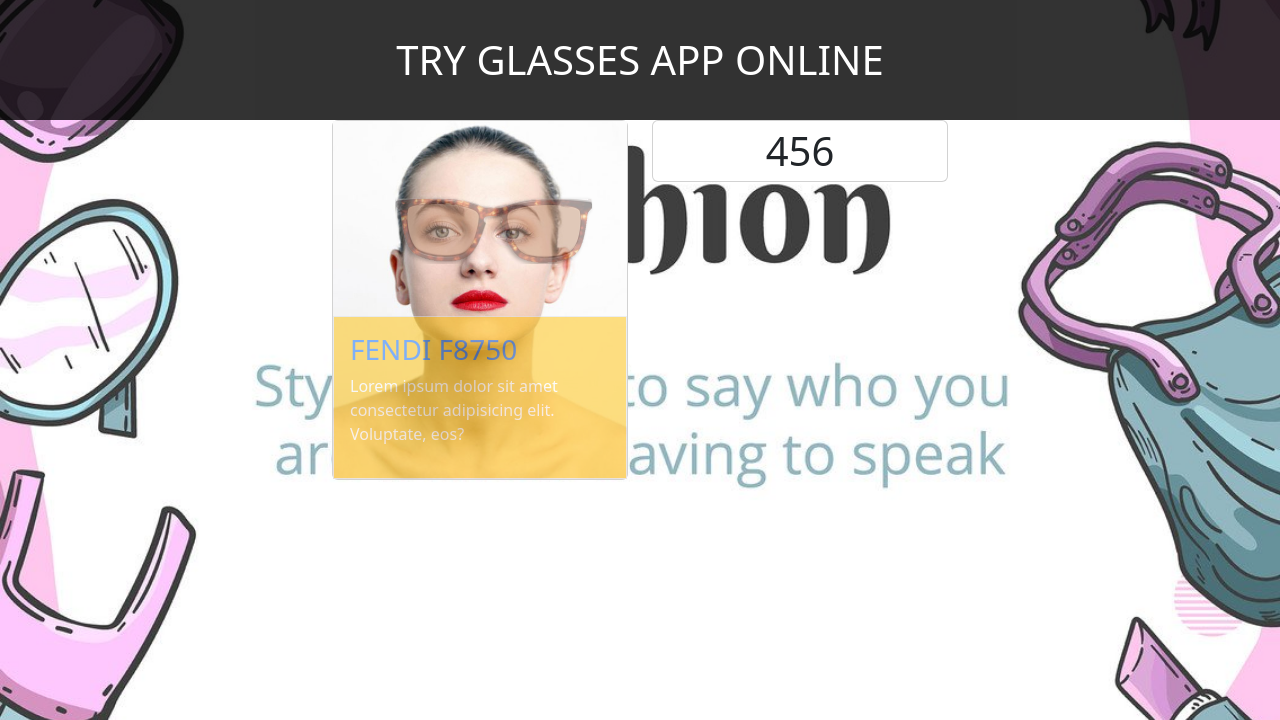
Repository: akira17518/React_JS_Glasses
Page: /
These files come from the project's save history. The page is drawn as it stood at one moment and after the next save; the edit follows.
The browser window is 1280 px wide. The pictures show the whole page.
The project was rebuilt for these pictures with package versions that can differ from the ones it lists, and the page was loaded fresh each time.

Above is the page before, as saved 2023-05-10 10:33:29.

After the next save:
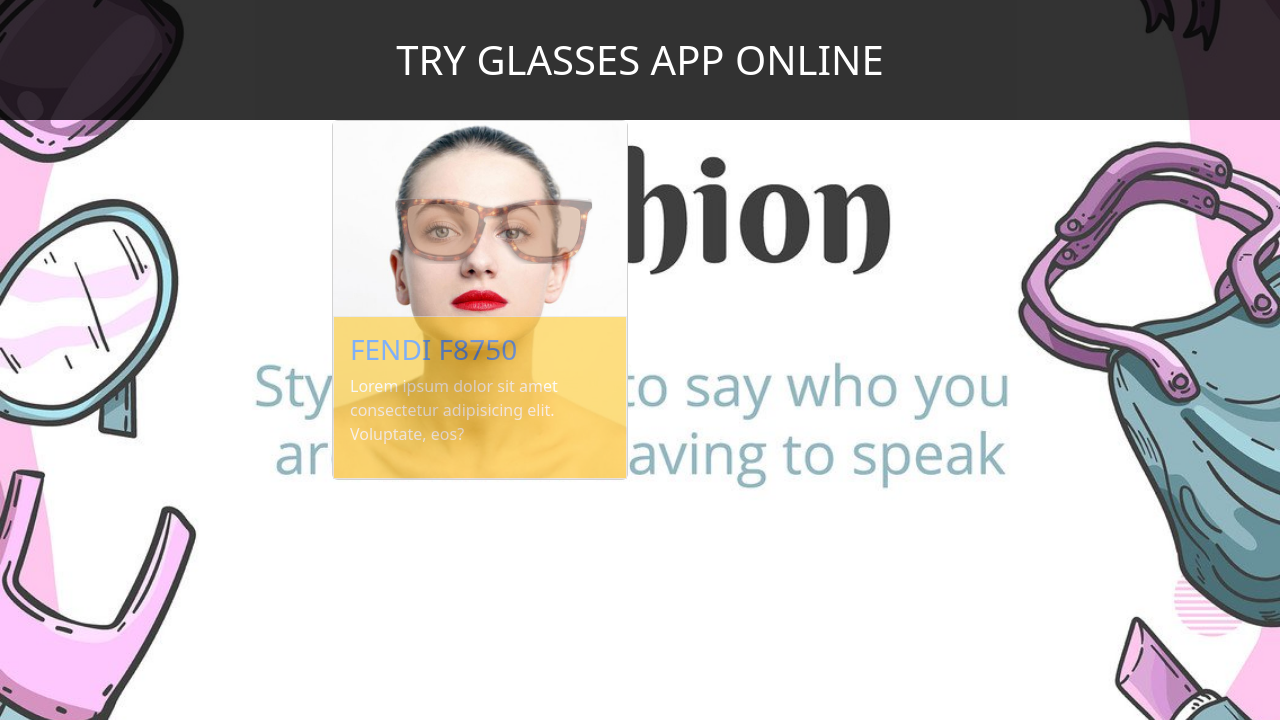
Saved 51 s later.
--- a/src/BTsetState/Content.jsx
+++ b/src/BTsetState/Content.jsx
@@ -67,7 +67,7 @@
     }
   ]
 
-  renderModelLeft = () => {
+  renderModelRight = () => {
 
   }
 
@@ -88,10 +88,7 @@
               </div>
             </div>
             <div className="col-6">
-              <div className='card-right card'>
-                <img src="" alt="" />
-                456
-              </div>
+              {this.renderModelRight}
             </div>
           </div>
         </div>
